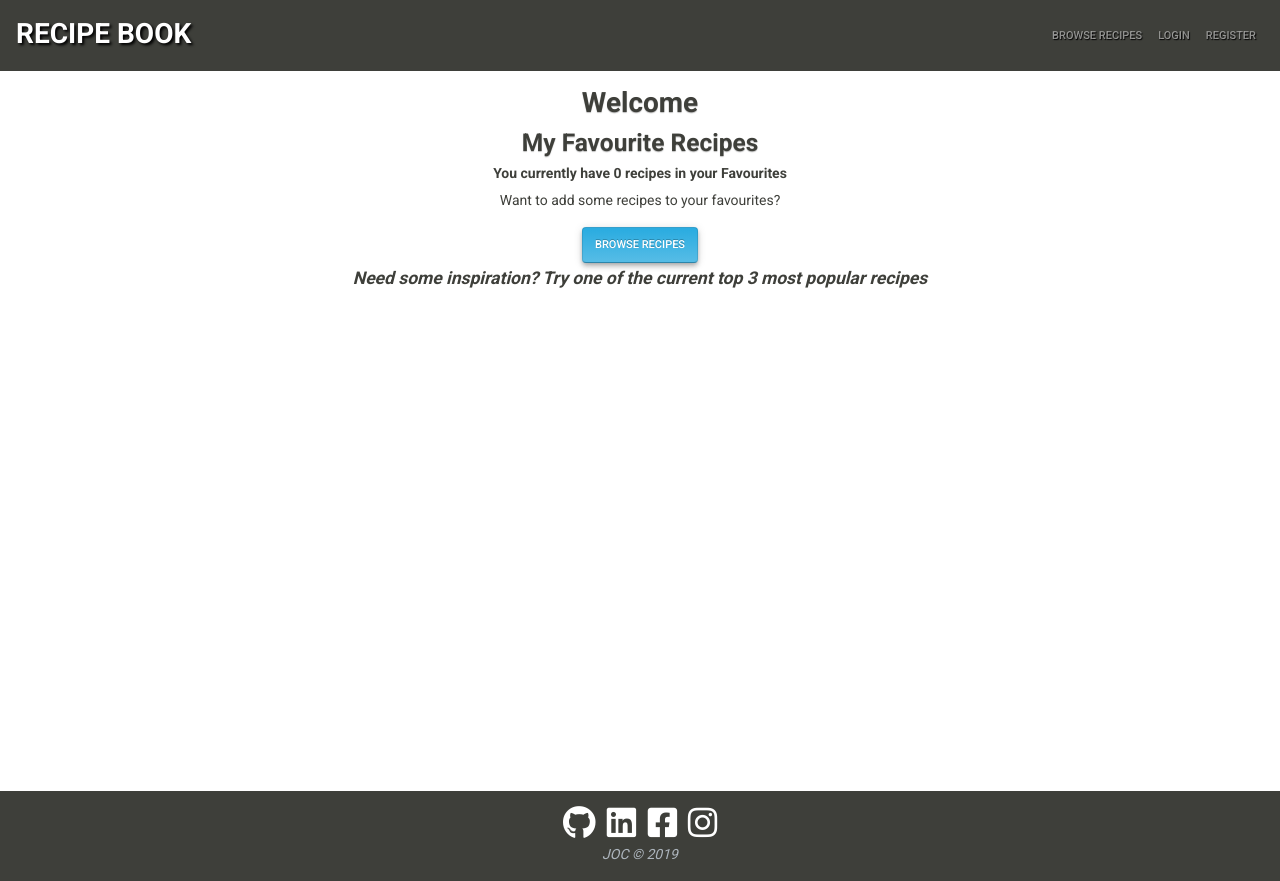
Repository: johnnycistudent/recipe-app
Page: templates/my_favourites.html
The author's editor kept a record of every edit. The page is drawn from the files as they stood at one moment, then again after the next edit.
The browser window is 1280 px wide. The pictures show the whole page.
Some web libraries are served in a nearby version. The page is served by the project's application, run on Flask 3 (app.py). The template is opened directly, without the code that normally fills it, so the values that code supplies are empty.

Above is the page before.

### templates/my_favourites.html
{% extends 'base.html' %} {% block content %}

<div class="container-fluid empty-page">

    <h2 class="page-heading"> Welcome {{ user.username|title }} </h2>

    <h3>My Favourite Recipes</h3>

    <h6>You currently have {{ favourites_recipes|length }} {% if favourites_recipes|length == 1 %}recipe {% else %} recipes {% endif %} in your Favourites </h6>

    <!-- Section to encourage users to add recipes to their favourites -->
    <div class="row">
        <div class="col-sm-12 text-center">
            <p>Want to add {% if favourites_recipes|length >= 1 %} more {% else %} some {% endif %} recipes to your favourites?</p>

            <!-- Browse Recipe Button -->
            <a role="button" class="btn btn-details" href="{{url_for('get_recipes')}}">Browse Recipes</a>
        </div>
    </div>

    {% if favourites_recipes|length == 0 %}

    <div class="row popular">

        <div class="popular-header col-12 text-center">

            <h5><em>Need some inspiration? Try one of the current top 3 most popular recipes</em></h5>

        </div>

        {% for rec in recommended%}

        <div class="col-sm-12 col-md-6 col-lg-4 mx-auto popular-card">
            <div class="card text-center">
                <div class="card-body text-center">

                    <!--Link to Most Popular Recipe Display on the Recipe Image -->
                    <a href="{{url_for('recipe_display', recipe_id=rec._id)}}">

                        <!--If no photo link is added, a stock photo is used instead -->
                        {% if rec.photo_url == "" %}
                        <img src="/static/images/backup.jpg" class="card-img-top" alt="{{rec.recipe_name}}"> {% else %}

                        <!--Most Popular Recipe Image Display -->
                        <img src="{{rec.photo_url}}" class="card-img-top" alt="{{rec.recipe_name}}"> {% endif %}
                    </a>

                    <!--Most Popular Recipe Name-->
                    <h4 class="card-title"><a class="name-link" href="{{url_for('recipe_display', recipe_id=rec._id)}}">{{rec.recipe_name|title}}</a></h4>

                    <div class="row card-details-wrapper">

                        <!--Most Popular Recipe Servings -->
                        <div class="card-details col-6 ">
                            <span class="recipe-icon"><i class="fas fa-user fa-2x"></i></span>
                            <span class="recipe-input"> {{ rec.servings }} </span>
                            <span class="recipe-variable">Servings</span>
                        </div>

                        <!--Most Popular Recipe Preptime -->
                        <div class="card-details col-6 ">
                            <span class="recipe-icon"><i class="fas fa-clock fa-2x"></i></span>
                            <span class="recipe-input">{{ rec.preptime }}</span>
                            <span class="recipe-variable">Minutes</span>
                        </div>

                        <!--Most Popular Recipe Calories -->
                        <div class="card-details col-6 offset-3 ">
                            <span class="recipe-icon"><i class="fas fa-burn fa-2x"></i></span>
                            <span class="recipe-input">{{ rec.calories }}</span>
                            <span class="recipe-variable">Calories</span>
                        </div>
                    </div>
                    <strong><em>No. of times Favourited: <span class="recipe-stats">{{ rec.favourite_count }}</span></em></strong>
                    <hr>

                    <!--Most Popular Full Recipe View Button -->
                    <a href="{{url_for('recipe_display', recipe_id=rec._id)}}" class="btn btn-main modal-trigger">View Full Recipe</a>
                </div>
            </div>
        </div>
        {% endfor %}
    </div>


    {% else %}

    <hr>

    <!-- USER'S FAVOURITE RECIPES - Displays all recipes that the User has previously added to their favourites -->
    <div class="row">


        {% for favourite in favs %}
        <div class="col-sm-12 col-md-6 col-lg-4 mx-auto">
            <div class="card text-center">
                <div class="card-body text-center">

                    <!-- Link to Favourite Recipe Display on the Recipe Image -->
                    <a href="{{ url_for('recipe_display', recipe_id=favourite._id) }}">

                        <!-- If no photo link is added, a stock photo is used instead -->
                        {% if favourite.photo_url == "" %}
                        <img src="/static/images/backup.jpg" class="card-img-top" alt="{{favourite.recipe_name}}"> {% else %}

                        <!-- Favourite Recipe Image Display -->
                        <img src="{{favourite.photo_url}}" class="card-img-top" alt="{{favourite.recipe_name}}"> {% endif %}
                    </a>

                    <!-- Favourite Recipe Name-->
                    <h4 class="card-title"><a class="name-link" href="{{url_for('recipe_display', recipe_id=favourite._id)}}">{{favourite.recipe_name|title}}</a></h4>

                    <hr>

                    <div class="row card-details-wrapper">

                        <!-- Favourite Recipe Servings -->
                        <div class="card-details col-6 ">
                            <span class="recipe-icon"><i class="fas fa-user fa-2x"></i></span>
                            <span class="recipe-input"> {{ favourite.servings }} </span>
                            <span class="recipe-variable">Servings</span>
                        </div>

                        <!-- Favourite Recipe Preptime -->
                        <div class="card-details col-6 ">
                            <span class="recipe-icon"><i class="fas fa-clock fa-2x"></i></span>
                            <span class="recipe-input">{{ favourite.preptime }}</span>
                            <span class="recipe-variable">Minutes</span>
                        </div>

                        <!-- Favourite Recipe Calories -->
                        <div class="card-details col-6 offset-3 ">
                            <span class="recipe-icon"><i class="fas fa-burn fa-2x"></i></span>
                            <span class="recipe-input">{{ favourite.calories }}</span>
                            <span class="recipe-variable">Calories</span>
                        </div>
                    </div>

                    <hr>

                    <!-- View Full Recipe Button -->
                    <a href="{{ url_for('recipe_display', recipe_id=favourite._id) }}" class="btn btn-main">View Full Recipe</a>

                    <!-- Delete from Favourites Button -->
                    <a role="button" href="{{ url_for('remove_from_favourites', recipe_id=favourite._id, user=user['username']) }}" class="btn btn-delete">Remove from Favourites</a>
                </div>
            </div>
        </div>
        {% endfor %}
    </div>

    {% endif %}
    <!-- /USER'S FAVOURITE RECIPES -->


</div>

{% endblock %}

### templates/base.html
<html>

<head>
    <!-- Required meta tags -->
    <meta charset="utf-8">
    <meta name="viewport" content="width=device-width, initial-scale=1, shrink-to-fit=no">

    <!--Font Awesome 5.7.2 CDN Link-->
    <link rel="stylesheet" href="https://use.fontawesome.com/releases/v5.8.1/css/all.css" integrity="sha384-50oBUHEmvpQ+1lW4y57PTFmhCaXp0ML5d60M1M7uH2+nqUivzIebhndOJK28anvf" crossorigin="anonymous">
    <!--Bootstrap 4.1.3 CSS CDN Link-->
    <link rel="stylesheet" href="https://stackpath.bootstrapcdn.com/bootstrap/4.3.1/css/bootstrap.min.css" integrity="sha384-ggOyR0iXCbMQv3Xipma34MD+dH/1fQ784/j6cY/iJTQUOhcWr7x9JvoRxT2MZw1T" crossorigin="anonymous">
    <!-- Google Fonts Link -->
    <link href="https://fonts.googleapis.com/css?family=Open+Sans:400,400i,700|Roboto+Slab" rel="stylesheet">
    <!-- Stylesheets -->
    <!--Bootswatch Sandstone Link -->
    <link rel="stylesheet" href="{{url_for('static', filename='css/bootstrap.min.css')}}" type="text/css" />
    <!--My Css Link-->
    <link rel="stylesheet" href="{{url_for('static', filename='css/style.css')}}" type="text/css" />
    <!----------Favicon Link------->
    <link rel="shortcut icon" href="{{url_for('static', filename='images/cookbook.png')}}" type="image/x-icon" />
    <title>Recipe Book</title>
</head>

<body>

    <!--- NAVBAR from Bootstrap/Bootswatch  --->
    <nav class="navbar navbar-expand-lg navbar-dark bg-primary">

        <!--- Brand Name  --->
        <a class="navbar-brand" href="{{url_for('get_recipes')}}">RECIPE BOOK</a>
        <button class="navbar-toggler" type="button" data-toggle="collapse" data-target="#navbarNavDropdown" aria-controls="navbarNavDropdown" aria-expanded="false" aria-label="Toggle navigation">
        <span class="navbar-toggler-icon"></span>
        </button>
        <div class="collapse navbar-collapse ml-auto" id="navbarNavDropdown">
            <ul class="navbar-nav ml-auto active">

                <!--- Browse Recipes Link  --->
                <li class="nav-item">
                    <a class="nav-link" href="{{url_for('get_recipes')}}">Browse Recipes</a>
                </li>

                <!--- If the User is signed in, they will see the below navbar links  --->
                {% if session.user %}

                <!--- User Recipes Link  --->
                <li class="nav-item">
                    <a class="nav-link" href="{{url_for('profile', user=session.user)}}">My Recipes</a>
                </li>

                <!--- User Favourite Recipes Link  --->
                <li class="nav-item">
                    <a class="nav-link" href="{{url_for('my_favourites', user=session.user)}}">My Favourites</a>
                </li>

                <!--- Add a New Recipe Link  --->
                <li class="nav-item">
                    <a class="nav-link" href="{{url_for('add_recipe')}}">Add Recipe</a>
                </li>

                <!--- If the User is the Admin(named "admin"), they will see the below navbar link  --->
                {% if session.user == "admin" %}

                <!--- Admin Reports Link  --->
                <li class="nav-item">
                    <a class="nav-link" href="{{url_for('admin')}}">Admin Area</a>
                </li>
                {% endif %}

                <!--- Log Out Link  --->
                <li class="nav-item">
                    <a class="nav-link" href="{{url_for('logout')}}">Log Out</a>
                </li>



                <!--- If the User is not signed in, they will see the below navbar links  --->

                {% else %}

                <!--- Login Link  --->
                <li class="nav-item">
                    <a class="nav-link" href="{{url_for('login')}}">Login</a>
                </li>

                <!--- Register Link  --->
                <li class="nav-item">
                    <a class="nav-link" href="{{url_for('register')}}">Register</a>
                </li>
                {% endif %}

            </ul>
        </div>
    </nav>

    <!--- /NAVBAR from Bootstrap/Bootswatch  --->


    <!--- ALERTS CONTAINER --->
    <!--- Taken and modified from Miroslav Svec's (username Miro) sessions from Slack DCD channel --->
    <div class="container-fluid">
        <div id="alerts">
            <div class="row justify-content-center ">
                <div id="messages " class="col-8 ">

                    {% with messages = get_flashed_messages() %} {% if messages %} {% for message in messages %}
                    <div class="alert alert-warning ">
                        <button type="button" class="close" data-dismiss="alert" aria-label="Close">&times;</button>
                        <p class="text-center ">{{ message }}</p>
                    </div>
                    {% endfor %} {% endif %} {% endwith %}
                </div>
            </div>
        </div>
    </div>
    <!--- /ALERTS CONTAINER --->



    {% block content %} {% endblock %}

    <!--- FOOTER --->
    <footer class="footer d-flex mt-auto">
        <div class="container-fluid text-center ">
            <div class="text-center center-block ">
                <br />
                <!--- Social Media Links --->
                <a href="https://github.com/johnnycistudent " target="_blank "><i id="social-gh " class="fab fa-github fa-3x social "></i></a>
                <a href="https://www.linkedin.com/in/john-o-connor-527904170/ " target="_blank "><i id="social-li " class="fab fa-linkedin fa-3x social "></i></a>
                <a href="https://www.facebook.com/john.oconnor.3139 " target="_blank "><i id="social-fb " class="fab fa-facebook-square fa-3x social "></i></a>
                <a href="https://www.instagram.com/johnnyoco/ " target="_blank "><i id="social-in " class="fab fa-instagram fa-3x social "></i></a>
                <!--- /Social Media Links --->
            </div>
            <div class="copyright ">
                <span style="font-style:italic ">JOC © 2019</span>
            </div>
        </div>
    </footer>
    <!--- /FOOTER --->


    <!-- SCRIPTS -->

    <script src="https://code.jquery.com/jquery-3.4.1.min.js" integrity="sha256-CSXorXvZcTkaix6Yvo6HppcZGetbYMGWSFlBw8HfCJo=" crossorigin="anonymous"></script>
    <script src="https://cdnjs.cloudflare.com/ajax/libs/popper.js/1.14.7/umd/popper.min.js" integrity="sha384-UO2eT0CpHqdSJQ6hJty5KVphtPhzWj9WO1clHTMGa3JDZwrnQq4sF86dIHNDz0W1" crossorigin="anonymous"></script>
    <script src="https://stackpath.bootstrapcdn.com/bootstrap/4.3.1/js/bootstrap.min.js" integrity="sha384-JjSmVgyd0p3pXB1rRibZUAYoIIy6OrQ6VrjIEaFf/nJGzIxFDsf4x0xIM+B07jRM" crossorigin="anonymous"></script>
    <script src="{{ url_for( 'static', filename='js/main.js' ) }}"></script>

    <!-- /SCRIPTS -->

</body>

</html>

Loaded but not shown: static/css/bootstrap.min.css (library); static/js/main.js (63 lines, source omitted); app.py (545 lines, source omitted); static/css/style.css (660 lines, source omitted)

After the next edit:
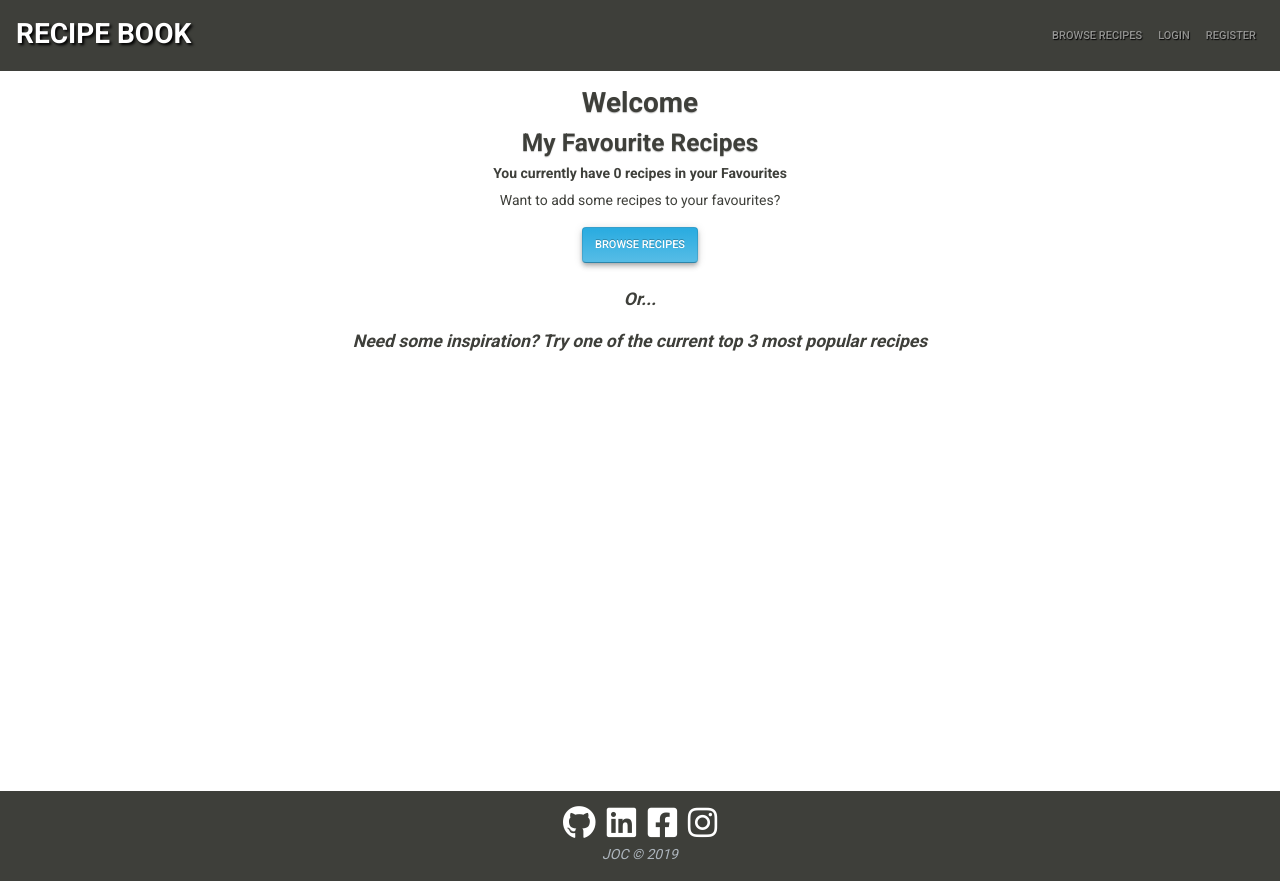
The edit:
--- a/templates/my_favourites.html
+++ b/templates/my_favourites.html
@@ -24,7 +24,10 @@
 
         <div class="popular-header col-12 text-center">
 
-            <h5><em>Need some inspiration? Try one of the current top 3 most popular recipes</em></h5>
+            <h5><em>
+                <br>Or...
+            <br>
+            <br>Need some inspiration? Try one of the current top 3 most popular recipes</em></h5>
 
         </div>
 
